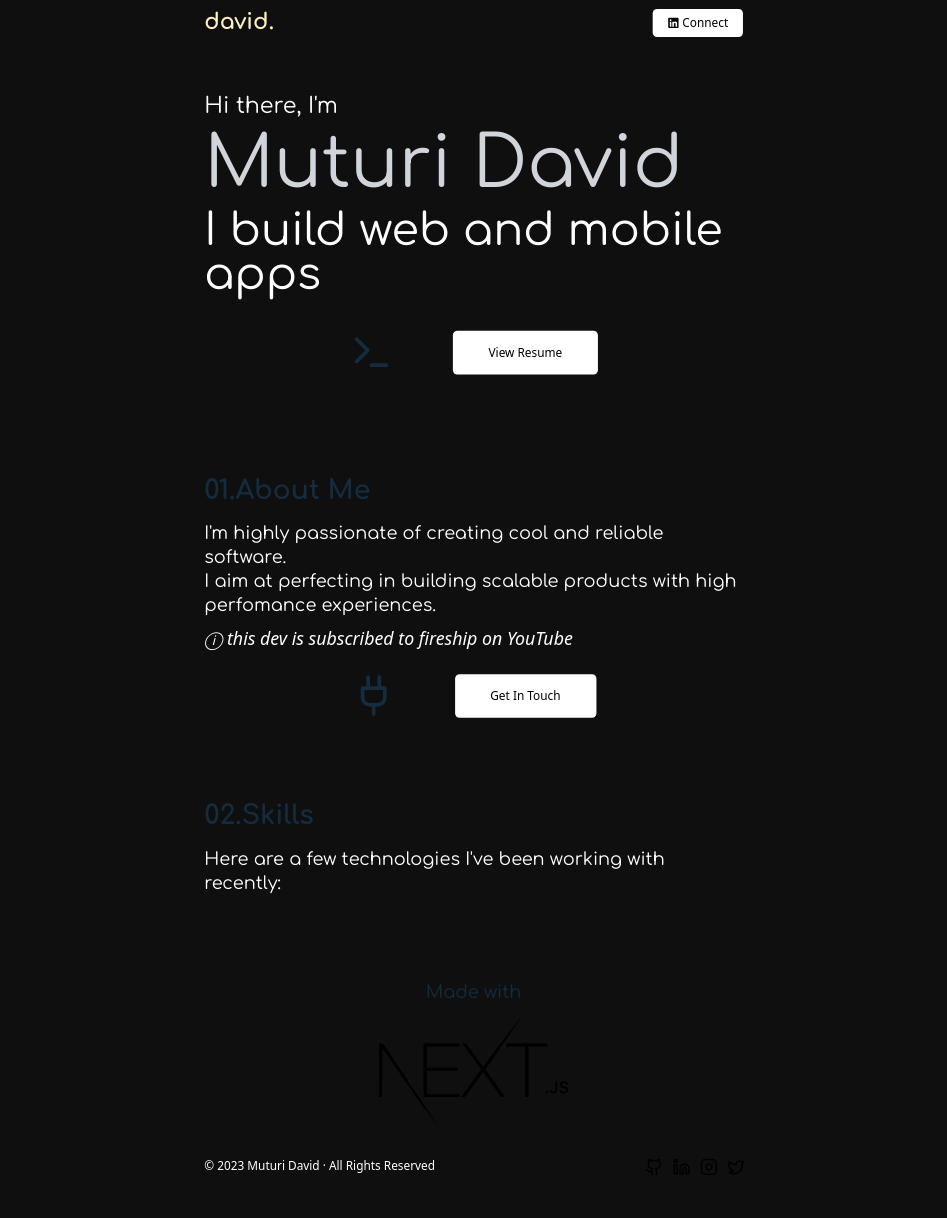
Repository: tushcmd/tushdev-portfolio
Page: /
These files come from the project's save history. The page is drawn as it stood at one moment and after the next save; the edit follows.
The browser window is 1280 px wide. The pictures show the whole page, at 74% of full size.
The project was rebuilt for these pictures with package versions that can differ from the ones it lists, and the page was loaded fresh each time. The framework's server and built-in components were replaced by stand-ins that run in the browser. Also part of the build but not shown: next.config.js.

Above is the page before, as saved 2023-12-15 16:28:25.

### app/layout.tsx
import type { Metadata } from 'next'
import { Inter } from 'next/font/google'
import './globals.css'

const inter = Inter({ subsets: ['latin'] })

export const metadata: Metadata = {
  title: 'Muturi | Software Engineer',
  description: 'This is my Portfolio',

}

export default function RootLayout({
  children,
}: {
  children: React.ReactNode
}) {
  return (
    <html lang="en">
      <head>
        <link rel="icon" href="./public/favicon.ico" />
      </head>
      <body className={`{inter.className} bg-primary w-full overflow-y-visible overflow-x-hidden`} >{children}</body>
    </html>
  )
}

### app/page.tsx
import Navbar from '@/app/ui/nav';
import Hero from '@/app/ui/hero';
import About from './ui/about';
import Skills from '@/app/ui/skills'
import Footer from './ui/footer';

export default function Page() {
  return (
    <main>
      <Navbar />
      <Hero />
      <About />
      <Skills />
      <Footer />
    </main>
  );
}

### app/ui/nav.tsx
import Link from 'next/link';
import { comfortaa } from '@/app/ui/fonts';

export default async function Navbar() {
  return (
    <div className='flex justify-center items-center'>
      <div className='flex items-start md:max-w-3xl py-3 w-full md:px-5 px-5 justify-between'>
        <Link
          href='/'
          className={`${comfortaa.className} antialiased font-bold text:2xl md:text-3xl text-logo`}
        >
          david<span>.</span>
        </Link>
        <div className='flex items-center gap-2'>
          <a
            href='https://www.linkedin.com/in/muturi-david-44b505208/'
            target='_blank'
            rel='_noreferrer'
            className='flex items-center gap-1 md:hover:bg-slate-200 rounded-md px-5 bg-white text-black font-medium py-[0.45rem]'
          >
            <svg
              stroke='currentColor'
              fill='currentColor'
              stroke-width='0'
              viewBox='0 0 448 512'
              className='mt-[0.03rem]'
              height='1em'
              width='1em'
              xmlns='http://www.w3.org/2000/svg'
            >
              <path d='M416 32H31.9C14.3 32 0 46.5 0 64.3v383.4C0 465.5 14.3 480 31.9 480H416c17.6 0 32-14.5 32-32.3V64.3c0-17.8-14.4-32.3-32-32.3zM135.4 416H69V202.2h66.5V416zm-33.2-243c-21.3 0-38.5-17.3-38.5-38.5S80.9 96 102.2 96c21.2 0 38.5 17.3 38.5 38.5 0 21.3-17.2 38.5-38.5 38.5zm282.1 243h-66.4V312c0-24.8-.5-56.7-34.5-56.7-34.6 0-39.9 27-39.9 54.9V416h-66.4V202.2h63.7v29.2h.9c8.9-16.8 30.6-34.5 62.9-34.5 67.2 0 79.7 44.3 79.7 101.9V416z'></path>
            </svg>
            Connect
          </a>
        </div>
      </div>
    </div>
  );
}

### app/ui/hero.tsx
import { opensans } from '@/app/ui/fonts';
import { inter } from '@/app/ui/fonts';
import { comfortaa } from '@/app/ui/fonts';
import hero from '@/constants/hero';
import { Terminal } from 'lucide-react';

export default async function Hero() {
  return (
    <section className='relative flex flex-col justify-center items-center md:py-16 py-6 overflow-auto'>
      <div className='flex items-start flex-col md:max-w-3xl pb-6 w-full md:px-5 px-5 justify-between'>
        <p className={`${comfortaa.className} text-3xl text-white pb-3`}>
          Hi there, I&apos;m
        </p>
        <h6
          className={`${comfortaa.className} text-5xl md:text-8xl text-[#D1D5DB] text-bold pb-3`}
        >
          {hero.name}
        </h6>
        <p className={`${comfortaa.className} text-4xl md:text-6xl text-white`}>
          {hero.paragraph}
        </p>
      </div>
      <div className='flex flex-row md:max-w-3xl pt-3 md:py-5 py-10 w-full md:px-5 px-5 justify-center space-x-12 md:space-x-20'>
        <svg
          xmlns='http://www.w3.org/2000/svg'
          width='60'
          height='60'
          viewBox='0 0 24 24'
          fill='none'
          stroke='#142c3e'
          stroke-width='2'
          stroke-linecap='round'
          stroke-linejoin='round'
          className='lucide lucide-terminal'
        >
          <polyline points='4 17 10 11 4 5' />
          <line x1='12' x2='20' y1='19' y2='19' />
        </svg>
        <div className='flex items-center gap-2'>
          <a
            href='/'
            target='_blank'
            rel='_noreferrer'
            className='flex items-center gap-1 md:hover:bg-slate-200 rounded-md px-12 bg-white text-black font-medium py-[1.08rem]'
          >
            View Resume
          </a>
        </div>
      </div>
    </section>
  );
}

### app/ui/about.tsx
import { comfortaa } from '@/app/ui/fonts';
import about from '@/constants/about';

export default async function About() {
  return (
    <section className='relative flex flex-col justify-center items-center pt-3'>
      <div className='flex items-start flex-col md:max-w-3xl py-10 w-full md:px-5 px-5 justify-between'>
        <h6
          className={`${comfortaa.className} text-[#142c3e] font-bold text-3xl md:text-4xl pb-6`}
        >
          01.About Me
        </h6>
        <p className={`${comfortaa.className} text-white text-xl md:text-2xl`}>
          I&apos;m {about.paragraph} <br />
          {about.paragraph2}
        </p>
        <i className='text-white text-2xl py-3'>ⓘ this dev is subscribed to fireship on YouTube </i>
        <div className='flex flex-row md:max-w-3xl pt-3 md:py-5 py-10 w-full md:px-5 px-5 justify-center space-x-12 md:space-x-20'>
          <svg
            xmlns='http://www.w3.org/2000/svg'
            width='60'
            height='60'
            viewBox='0 0 24 24'
            fill='none'
            stroke='#142c3e'
            stroke-width='2'
            stroke-linecap='round'
            stroke-linejoin='round'
            className='lucide lucide-plug'
          >
            <path d='M12 22v-5' />
            <path d='M9 8V2' />
            <path d='M15 8V2' />
            <path d='M18 8v5a4 4 0 0 1-4 4h-4a4 4 0 0 1-4-4V8Z' />
          </svg>
          <div className='flex items-center gap-2'>
            <a
              href='mailto:muturidavid854@gmail.com'
              target='_blank'
              rel='_noreferrer'
              className='flex items-center gap-1 md:hover:bg-slate-200 text-xm md:text-base rounded-md px-12 bg-white text-black font-medium py-[1.08rem]'
            >
              Get In Touch
            </a>
          </div>
        </div>
      </div>
    </section>
  );
}

### app/ui/skills.tsx
import { comfortaa } from './fonts';

export default async function About() {
  return (
    <section className='relative flex flex-col justify-center items-center pt-3'>
      <div className='flex items-start flex-col md:max-w-3xl py-10 w-full md:px-5 px-5 justify-between'>
        <h6
          className={`${comfortaa.className} text-[#142c3e] font-bold text-3xl md:text-4xl pb-6`}
        >
          02.Skills
        </h6>
        <p className={`${comfortaa.className} text-white text-base md:text-2xl`}>
          Here are a few technologies I&apos;ve been working with recently:
        </p>
        <div className='grid-cols-4'>
          <div></div>
        </div>
      </div>
    </section>
  );
}

### app/ui/footer.tsx
import { Github } from 'lucide-react';
import { Linkedin } from 'lucide-react';
import { Instagram } from 'lucide-react';
import { Twitter } from 'lucide-react';
import { comfortaa } from './fonts';

export default async function Footer() {
  return (
    <section className='relative flex flex-col justify-center items-center pt-16'>
      <div className='flex flex-col md:max-w-3xl items-center justify-center'>
        <p className={`${comfortaa.className} text-[#142c3e] text-2xl py-3`}>Made with</p>
        <svg
          height='154.5'
          preserveAspectRatio='xMidYMid'
          viewBox='0 0 512 309'
          width='256'
          xmlns='http://www.w3.org/2000/svg'
        >
          <path d='m120.81043 80.5613102h96.567895v7.6753487h-87.715838v57.7670991h82.485077v7.675348h-82.485077v63.422619h88.721754v7.675348h-97.573811zm105.21877 0h10.260338l45.467384 63.4226188 46.4733-63.4226188 63.211264-80.5613102-103.850254 150.649363 53.514709 74.12771h-10.662704l-48.686315-67.462275-48.887497 67.462275h-10.461521l53.917074-74.12771zm118.899221 7.6753486v-7.6753486h110.047164v7.6753487h-50.698145v136.5404141h-8.852058v-136.5404141zm-344.928421-7.6753486h11.0650714l152.5808586 228.3226968-63.054372-84.106934-91.33713469-133.3086883-.40236623 133.3086883h-8.85205708zm454.083705 134.2241588c-1.808538 0-3.164943-1.401289-3.164943-3.212184 0-1.810897 1.356405-3.212186 3.164943-3.212186 1.830069 0 3.164943 1.401289 3.164943 3.212186 0 1.810895-1.334874 3.212184-3.164943 3.212184zm8.69821-8.450851h4.736648c.06459 2.565437 1.937721 4.290101 4.693588 4.290101 3.078821 0 4.822769-1.854014 4.822769-5.324899v-21.989457h4.82277v22.011016c0 6.251906-3.617077 9.852139-9.602478 9.852139-5.619388 0-9.473297-3.492442-9.473297-8.8389zm25.38413-.280256h4.779709c.409074 2.953486 3.294124 4.829057 7.449457 4.829057 3.875441 0 6.717429-2.004921 6.717429-4.764383 0-2.371411-1.808538-3.794259-5.920812-4.764383l-4.004619-.970122c-5.619389-1.315057-8.181486-4.031402-8.181486-8.601759 0-5.540482 4.521348-9.226949 11.303367-9.226949 6.308355 0 10.915822 3.686467 11.195715 8.925132h-4.693588c-.452134-2.867252-2.949641-4.65659-6.566718-4.65659-3.810849 0-6.351414 1.832454-6.351414 4.635033 0 2.220503 1.636295 3.492442 5.683978 4.441008l3.423305.840772c6.372946 1.487524 8.999632 4.074517 8.999632 8.752668 0 5.950089-4.607467 9.679672-11.970803 9.679672-6.889671 0-11.518667-3.557118-11.863152-9.119156z' />
        </svg>
      </div>
      <div className='flex items-center flex-col md:max-w-3xl md:flex-row-reverse pt-5 pb-10 w-full md:px-5 px-5 justify-between border-t-0'>
        <div className='flex space-x-4 py-5 flex-row'>
          <a
            href='#'
            className='w-[21px] h-[21px] object-contain cursor-pointer'
          >
            <Github />
          </a>
          <a
            href='#'
            className='w-[21px] h-[21px] object-contain cursor-pointer'
          >
            <Linkedin />
          </a>
          <a
            href='#'
            className='w-[21px] h-[21px] object-contain cursor-pointer'
          >
            <Instagram />
          </a>
          <a
            href='#'
            className='w-[21px] h-[21px] object-contain cursor-pointer'
          >
            <Twitter />
          </a>
        </div>
        <div>
          <p className='text-white text-base '>
            <span>&copy;</span> 2023 Muturi David · All Rights Reserved
          </p>
        </div>
      </div>
    </section>
  );
}

### app/ui/fonts.ts
import { Inter, Comfortaa, Open_Sans } from 'next/font/google';

export const inter = Inter({ subsets: ['latin'] });

export const comfortaa = Comfortaa({
  weight: ['400', '700'],
  subsets: ['latin'],
});

export const opensans = Open_Sans({
    weight: ['300', '400', '500', '600', '700', '800'],
    subsets: ['latin']
});

### constants/hero.ts
interface Hero {
    greet: string;
    name: string;
    paragraph: string;
}

const hero: Hero = {
    greet: 'Hi there, I am',
    name: 'Muturi David',
    paragraph: `I build web and mobile
    apps`,
};

export default hero;

### constants/about.ts
interface About {
    paragraph: string;
    paragraph2: string;
}

const about: About = {
    paragraph: ' highly passionate of creating cool and reliable software.',
    paragraph2: 'I aim at perfecting in building scalable products with high perfomance experiences. ',
};

export default about;

### tailwind.config.ts
import type { Config } from 'tailwindcss'

const config: Config = {
  content: [
    './pages/**/*.{js,ts,jsx,tsx,mdx}',
    './components/**/*.{js,ts,jsx,tsx,mdx}',
    './app/**/*.{js,ts,jsx,tsx,mdx}',
  ],
  theme: {
    extend: {
      colors: {
        primary: "#0F0F0F",
        heading: "#FFFFFF",
        logo: "#FFF0C1",
        dimGray: "D1D5DB",
        iconBg: '#9CA3AF',
        iconText: '202020',
      },
      screens: {
        sm: '480px',
        md: '768px',
        lg: '976px',
        xl: '1440px',
      },
    },
  },
  plugins: [],
}
export default config

Loaded but not shown: app/globals.css (common file)

After the next save:
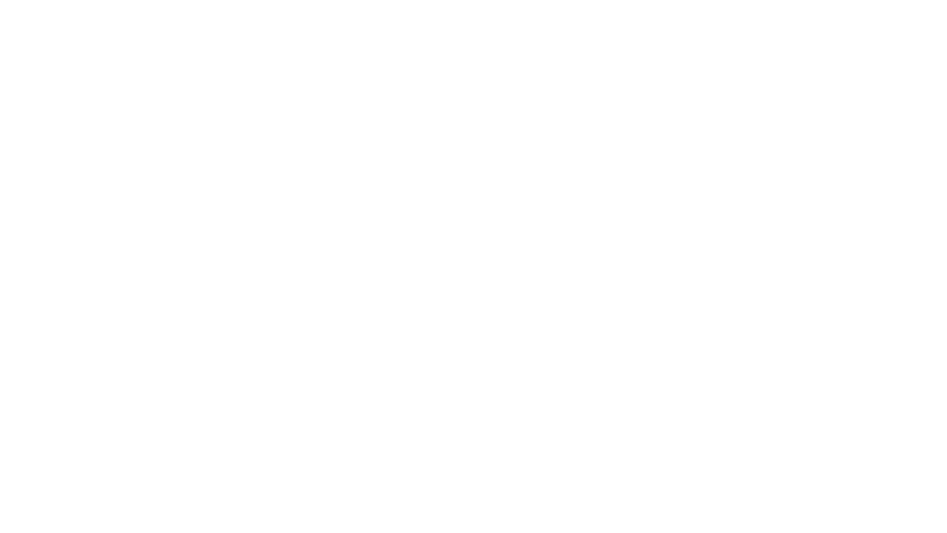
Saved 3 min 56 s later.
--- a/app/layout.tsx
+++ b/app/layout.tsx
@@ -20,7 +20,7 @@
       <head>
         <link rel="icon" href="./public/favicon.ico" />
       </head>
-      <body className={`{inter.className} bg-primary w-full overflow-y-visible overflow-x-hidden`} >{children}</body>
+      <body className={`{inter.className} bg-primary w-full overflow-y: visible overflow-x: hidden`} >{children}</body>
     </html>
   )
 }

After the save that followed:
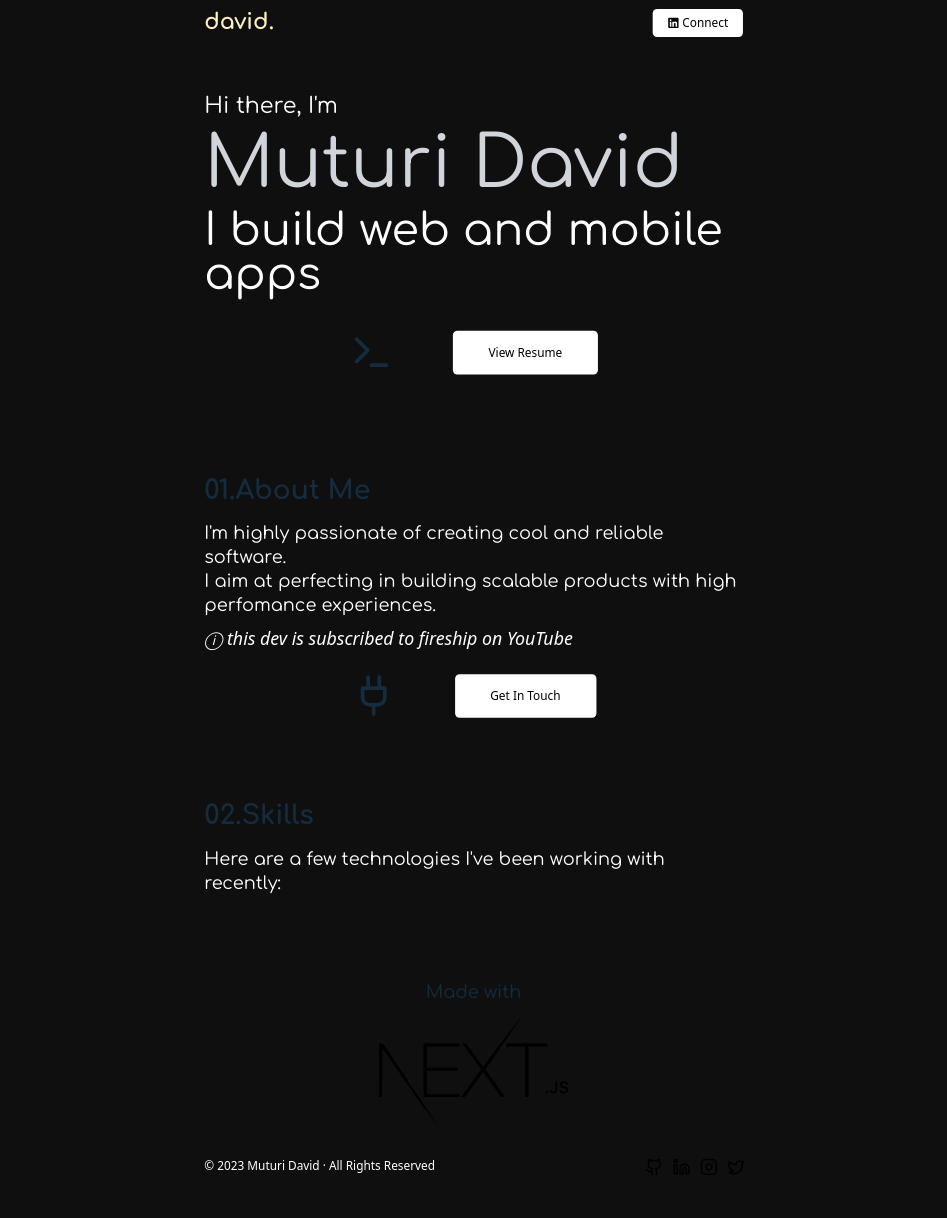
Saved 73 s later.
--- a/app/layout.tsx
+++ b/app/layout.tsx
@@ -20,7 +20,7 @@
       <head>
         <link rel="icon" href="./public/favicon.ico" />
       </head>
-      <body className={`{inter.className} bg-primary w-full overflow-y: visible overflow-x: hidden`} >{children}</body>
+      <body className={`{inter.className} bg-primary w-full overflow-y-scroll`} >{children}</body>
     </html>
   )
 }
